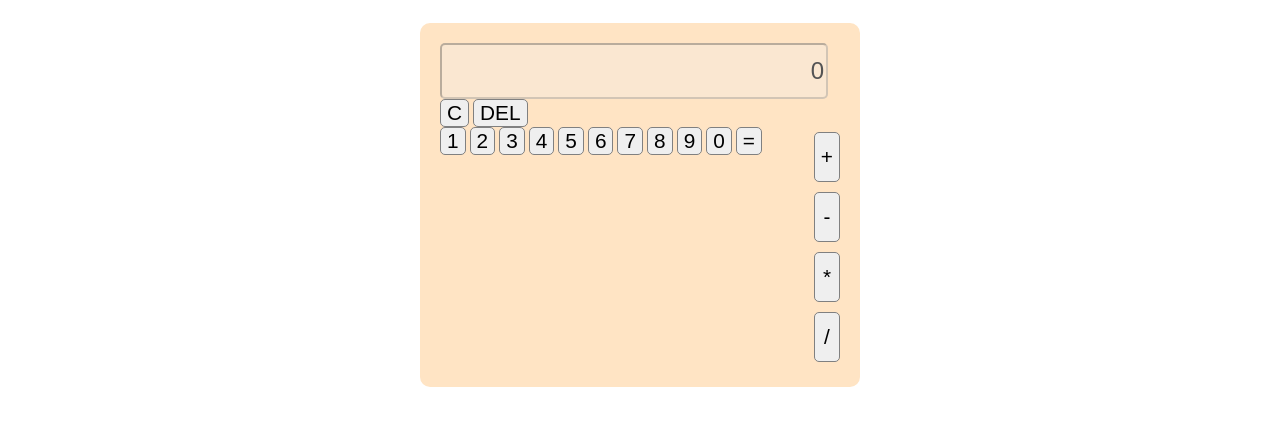
Repository: jaskeat/Calculator
Page: index.html
These files come from the project's save history. The page is drawn as it stood at one moment and after the next save; the edit follows.
The browser window is 1280 px wide. The pictures show the whole page.

Above is the page before, as saved 2024-09-05 13:15:43.

After the next save:
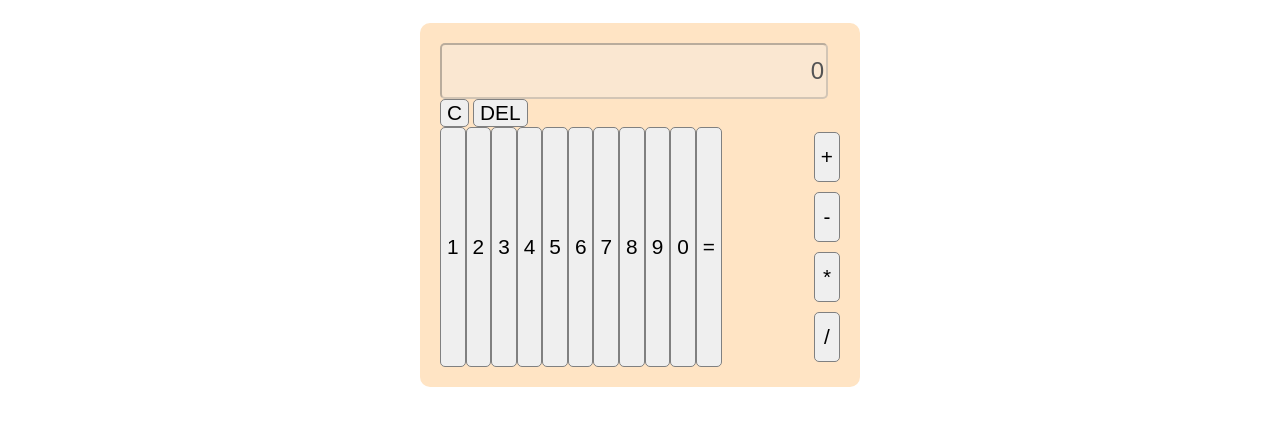
Saved 27 s later.
--- a/style.css
+++ b/style.css
@@ -40,6 +40,9 @@ input {
 	margin: 5px 0;
 }
 
+.numbers {
+	display: flex;
+}
 .buttons {
 	display: flex;
 	flex-direction: row-reverse;
